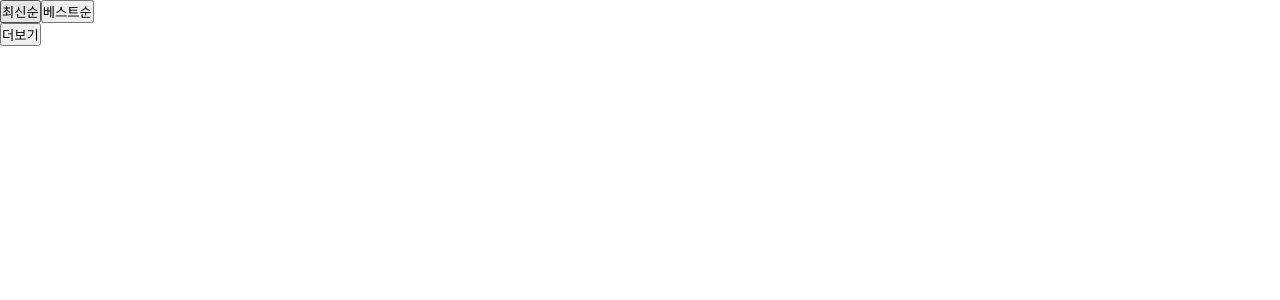
Repository: songjiwon17/React_study_movie
Page: /
An editor plug-in stored every save of this project. The page is shown before and after the next save, followed by the edit.
The browser window is 1280 px wide. The pictures show the whole page.
The page's requests for data from a server got no answer. The project was rebuilt for these pictures with package versions that can differ from the ones it lists, and the page was loaded fresh each time. No one was signed in, and anything a server would have sent is missing.

Above is the page before, as saved 2023-09-25 19:48:46.

After the next save:
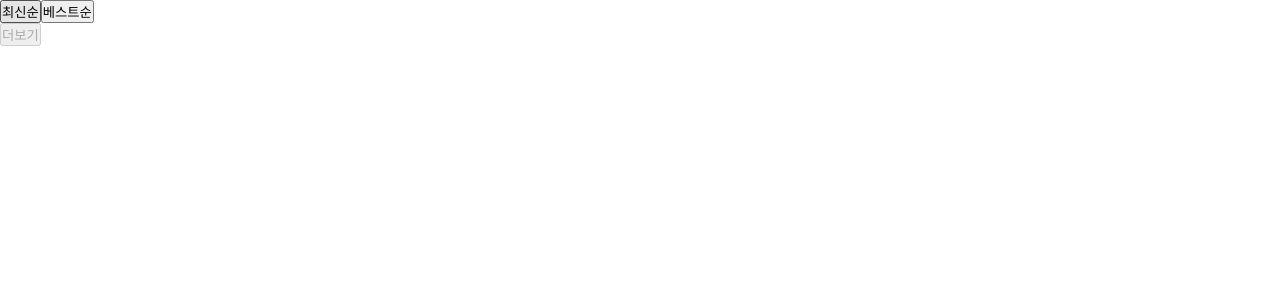
Saved 4 min 6 s later.
--- a/src/components/App.js
+++ b/src/components/App.js
@@ -45,7 +45,7 @@ function App(){
                 <button onClick={handleBestClick}>베스트순</button>
             </div>
             <ReviewList items={sortedItems} onDelete={handleDelete}/>
-            <button onClick={handleLoadMore}>더보기</button>
+            <button disabled={!hasNext} onClick={handleLoadMore}>더보기</button>
         </div>
     )
 }
